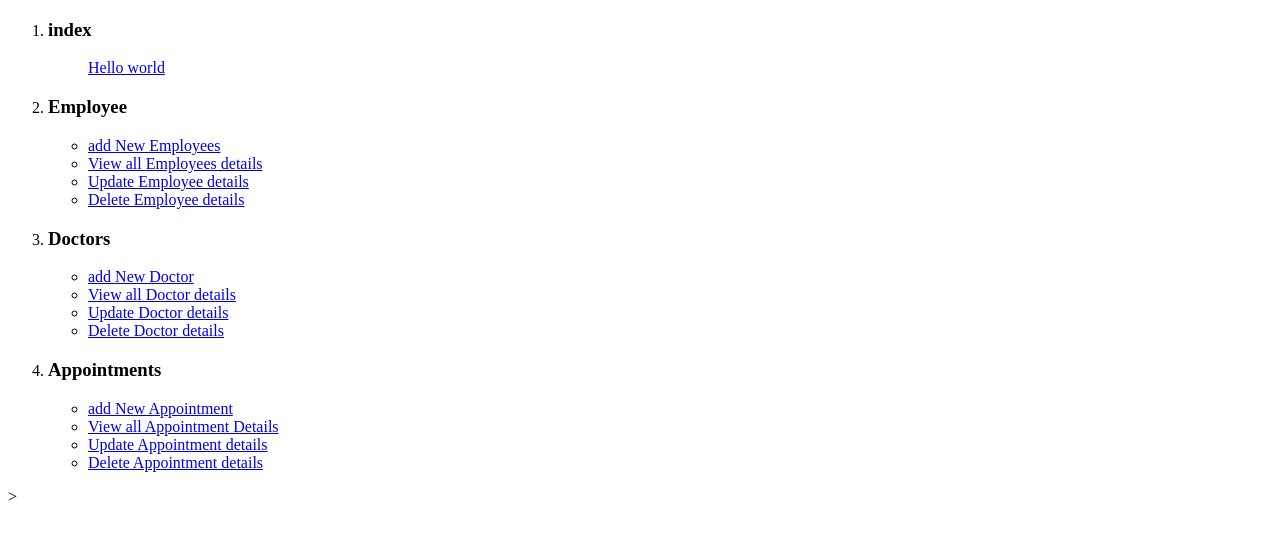
Repository: rameshraj97/Core-java
Page: firstWebsite/src/main/webapp/Index1.html
The author's editor kept a copy of each file at every save. The page is drawn from the files as they stood at one save, then again after the next save.
The browser window is 1280 px wide. The pictures show the whole page.

Above is the page before, as saved 2022-05-23 09:45:55.

### firstWebsite/src/main/webapp/Index1.html
<!DOCTYPE html>
<html>
<head>
<meta charset="ISO-8859-1">
<title>Insert title here</title>
</head>
<body>
  <ol><!-- ordered list -->
  <li><h3>index</h3></li>
          <ul><a href="/firstWebsite/HelloWorld">Hello world</a>
          </ul>
   <li><h3>Employee</h3></li>
         <ul>
         <li><a href="/firstWebsite/AddEmployee.html">add New Employees</a></li>
         <li><a href="/firstWebsite/GetAllEmployees.html">View all Employees details</a></li>
         <li><a href="/firstWebsite/UpdateEmployee.html">Update Employee details</a></li>
         <li><a href="/firstWebsite/DeleteEmployeeDetails.html">Delete Employee details</a></li>
         </ul>
   <li><h3>Doctors</h3></li>
         <ul>
         <li><a href="/firstWebsite/AddDoctor.html">add New Doctor</a></li>
         <li><a href="/firstWebsite/GetAllDoctors.html">View all Doctor details</a></li>
         <li><a href="/firstWebsite/UpdateDoctorDetails.html">Update Doctor details</a></li>
         <li><a href="/firstWebsite/DeleteDoctorDetails.html">Delete Doctor details</a></li>
         </ul>
   <li><h3>Appointments</h3></li>
         <ul>
         <li><a href="/firstWebsite/AddAppointments.html">add New Appointment</a></li>
         <li><a href="/firstWebsite/GetAllAppointments.html">View all Appointment Details</a></li>
         <li><a href="/firstWebsite/UpdateAppointments.html">Update Appointment details</a></li>
         <li><a href="/firstWebsite/DeleteAppointmentDetails.html">Delete Appointment details</a></li>
         </ul>

   </ol>>

</body>
</html>

After the next save:
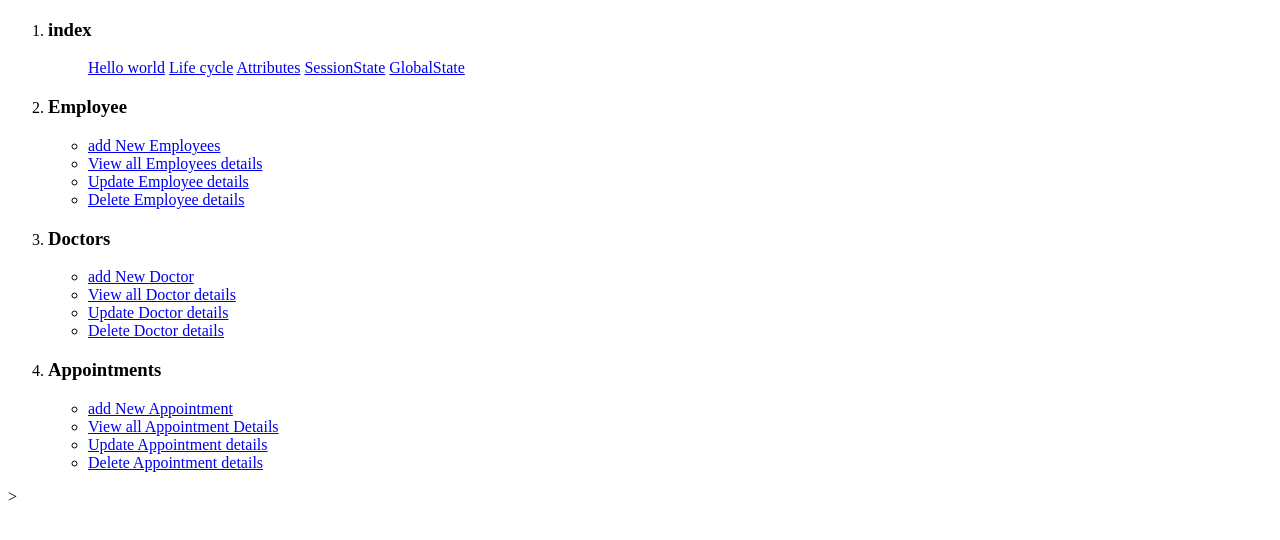
Saved 2 min 50 s later.
--- a/firstWebsite/src/main/webapp/Index1.html
+++ b/firstWebsite/src/main/webapp/Index1.html
@@ -8,6 +8,11 @@
   <ol><!-- ordered list -->
   <li><h3>index</h3></li>
           <ul><a href="/firstWebsite/HelloWorld">Hello world</a>
+          <a href="/firstWebsite/LifeCycle">Life cycle</a>
+          <a href="/firstWebsite/Attributes.html">Attributes</a>
+          <a href="/firstWebsite/SessionState.html">SessionState</a>
+          <a href="/firstWebsite/GlobalState.html">GlobalState</a>
+
           </ul>
    <li><h3>Employee</h3></li>
          <ul>
